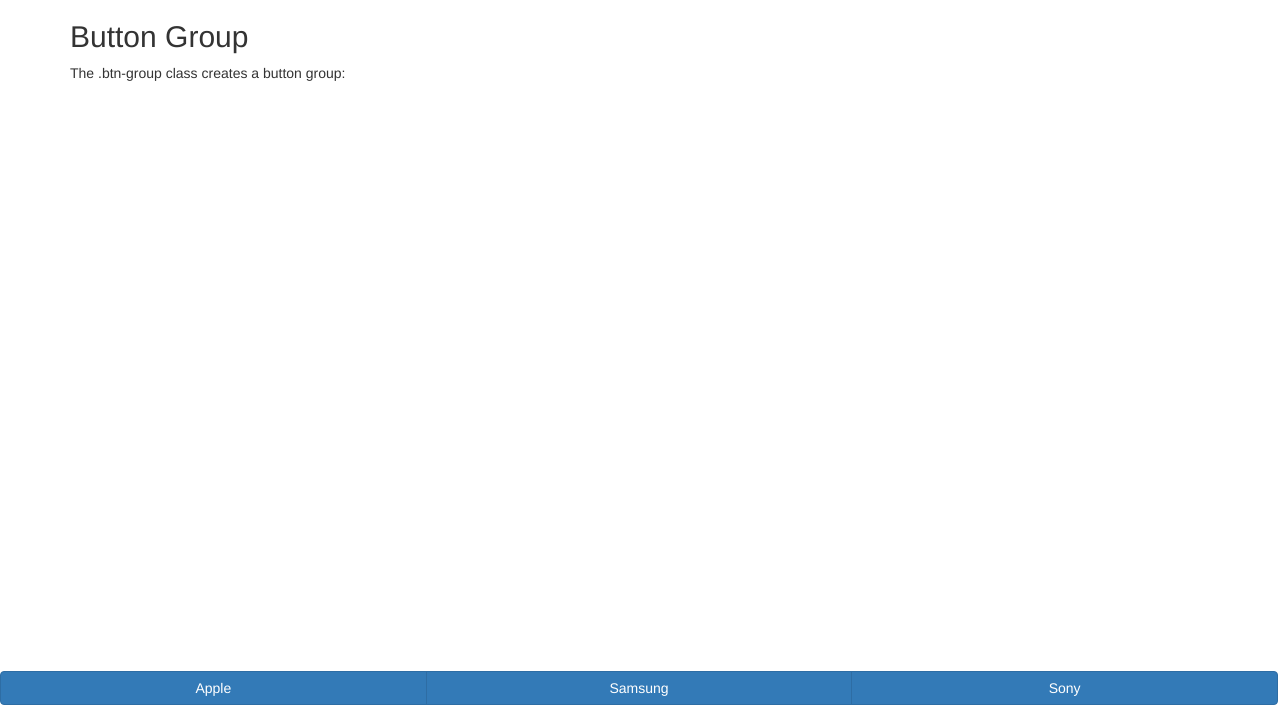
Repository: rsusolutions/RSU-Website
Page: quiz/index2.html
The author's editor kept a copy of each file at every save. The page is drawn from the files as they stood at one save, then again after the next save.
The browser window is 1280 px wide. The pictures show the whole page.

Above is the page before, as saved 2020-04-21 13:32:12.

### quiz/index2.html
<!DOCTYPE html>
<html lang="en">
<head>
  <title>Bootstrap Example</title>
  <meta charset="utf-8">
  <meta name="viewport" content="width=device-width, initial-scale=1">
  <link rel="stylesheet" href="https://maxcdn.bootstrapcdn.com/bootstrap/3.4.1/css/bootstrap.min.css">
  <script src="https://ajax.googleapis.com/ajax/libs/jquery/3.4.1/jquery.min.js"></script>
  <script src="https://maxcdn.bootstrapcdn.com/bootstrap/3.4.1/js/bootstrap.min.js"></script>
</head>
<style>
    .btn-group {
  position: absolute;
  right: 15px;
  bottom: 15px;
}
</style>
<body>

<div class="container">
  <h2>Button Group</h2>
  <p>The .btn-group class creates a button group:</p>
  <div class="btn-group btn-block row">
    <button type="button "  class="btn btn-primary col col-md-4">Apple</button>
    <button type="button"  class="btn btn-primary col col-md-4">Samsung</button>
    <button type="button"  class="btn btn-primary col col-md-4">Sony</button>
  </div>
</div>

</body>
</html>

After the next save:
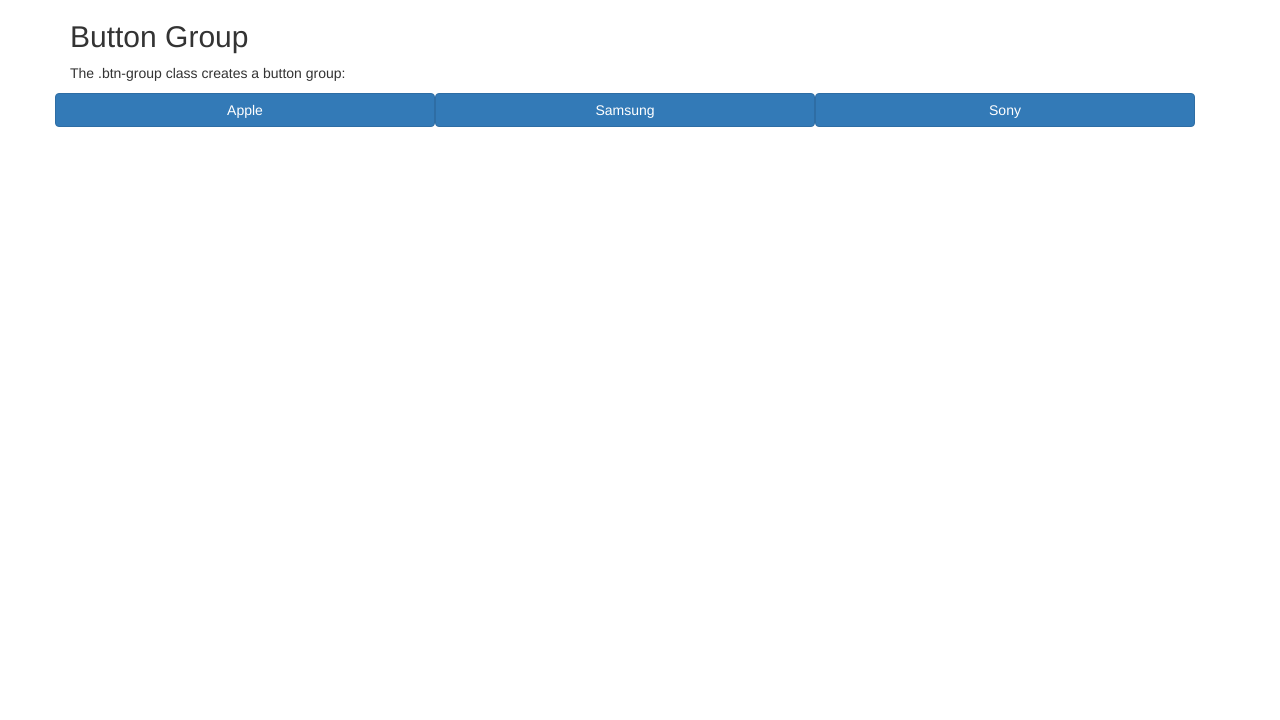
Saved 10 s later.
--- a/quiz/index2.html
+++ b/quiz/index2.html
@@ -20,7 +20,7 @@
 <div class="container">
   <h2>Button Group</h2>
   <p>The .btn-group class creates a button group:</p>
-  <div class="btn-group btn-block row">
+  <div class=" btn-block row">
     <button type="button "  class="btn btn-primary col col-md-4">Apple</button>
     <button type="button"  class="btn btn-primary col col-md-4">Samsung</button>
     <button type="button"  class="btn btn-primary col col-md-4">Sony</button>
